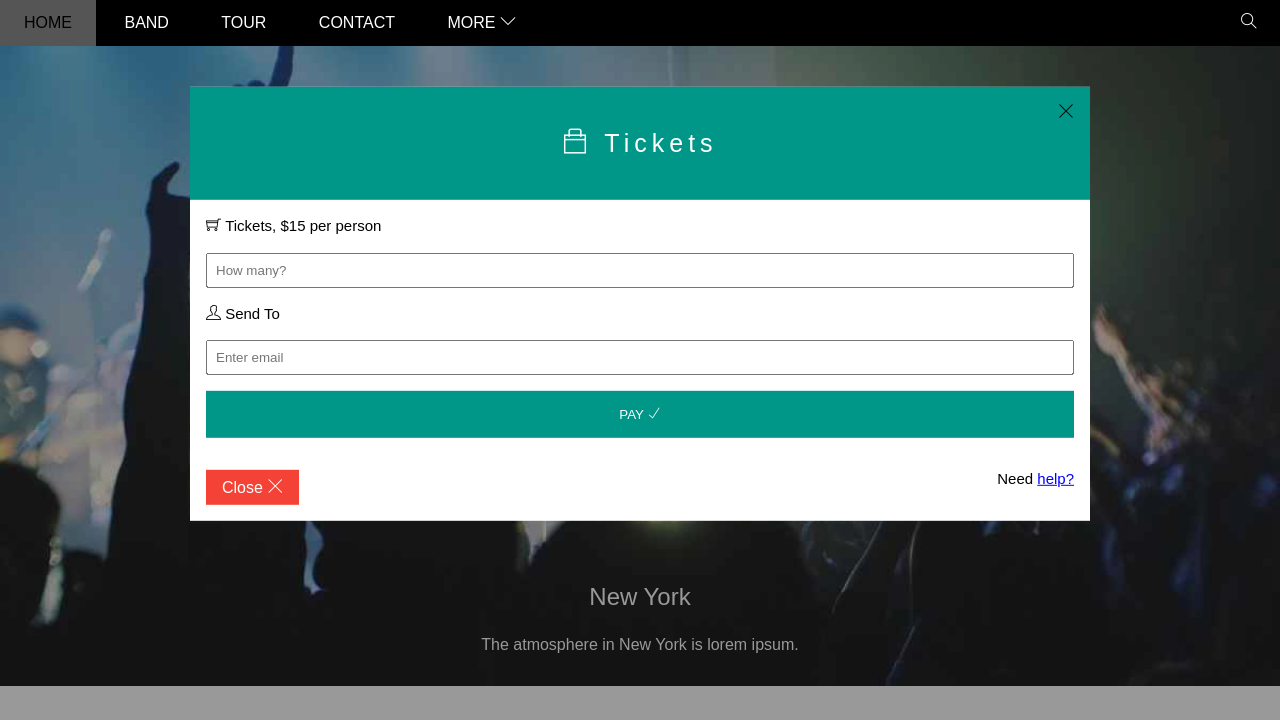
Repository: tung1233hhhhhhhhhhhhh/Website
Page: w3_band/index.html
An editor plug-in stored every save of this project. The page is shown before and after the next save, followed by the edit.
The browser window is 1280 px wide. The pictures show the window.
A layer covers the whole window, so only the first screen is drawn.

Above is the page before, as saved 2023-02-18 21:57:24.

After the next save:
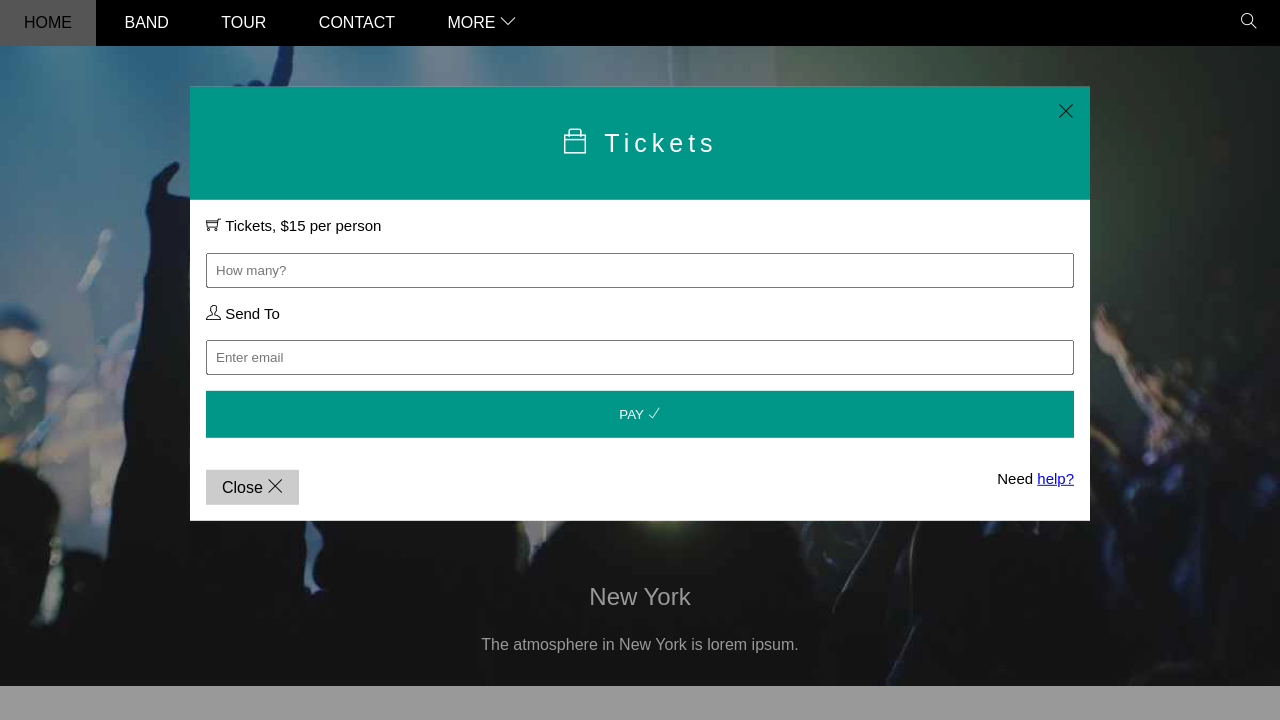
Saved 19 s later.
--- a/w3_band/assets/css/style.css
+++ b/w3_band/assets/css/style.css
@@ -460,6 +460,12 @@
     font-size: 16px;
 }
 
+.modal .modal_button-close {
+    color: #000;
+    background-color: #ccc;
+    cursor: pointer;
+}
+
 .modal .modal-needhelp {
     float: right;
     margin-top: 16px;

After the save that followed:
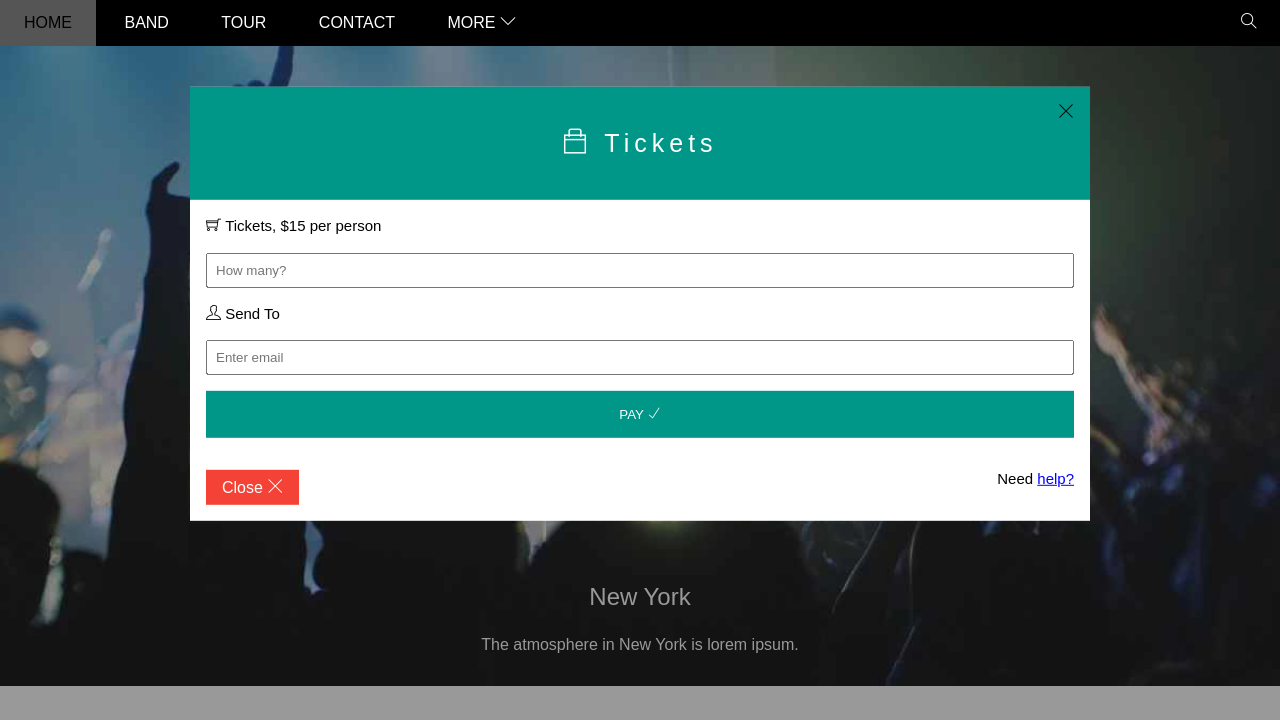
Saved 10 s later.
--- a/w3_band/assets/css/style.css
+++ b/w3_band/assets/css/style.css
@@ -460,7 +460,7 @@
     font-size: 16px;
 }
 
-.modal .modal_button-close {
+.modal .modal_button-close:hover {
     color: #000;
     background-color: #ccc;
     cursor: pointer;
